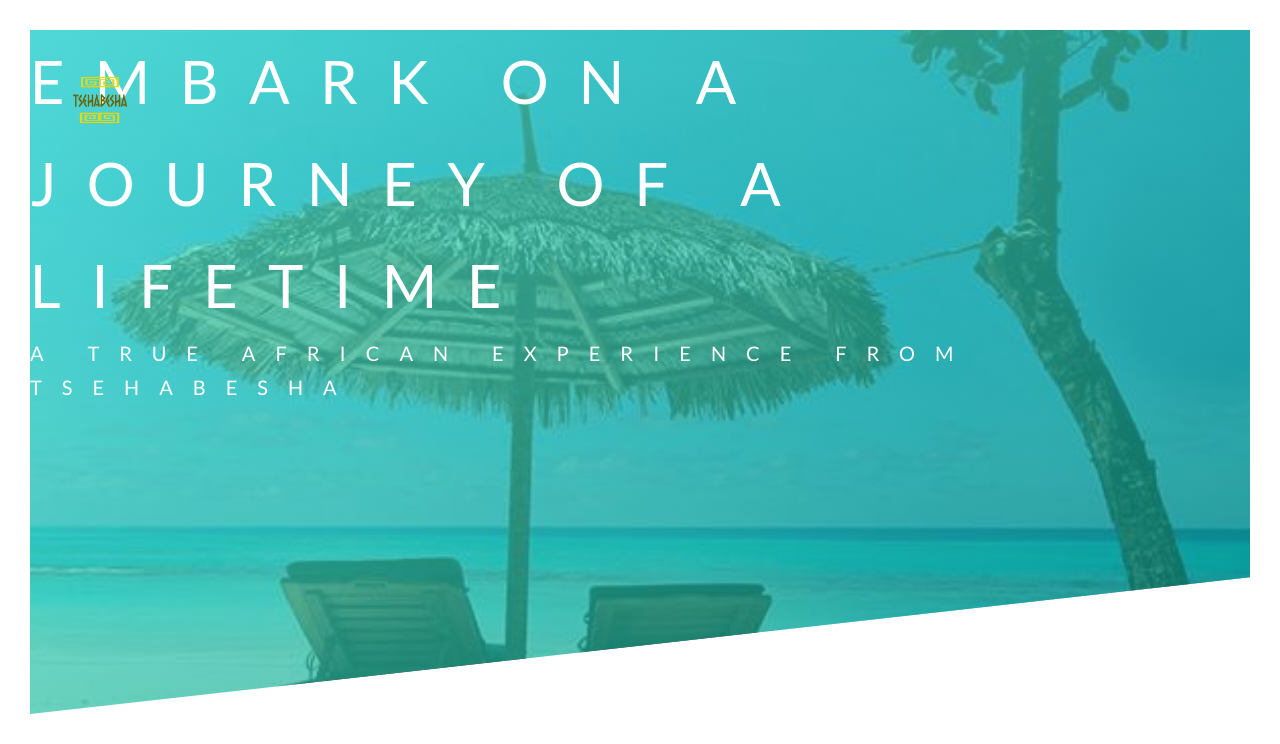
Repository: Azariagmt/tour-and-travel
Page: index.html
These files come from the project's save history. The page is drawn as it stood at one moment and after a run of saves; the edit follows.
The browser window is 1280 px wide. The pictures show the whole page.

Above is the page before, as saved 2020-03-24 17:00:31.

After the next 3 saves:
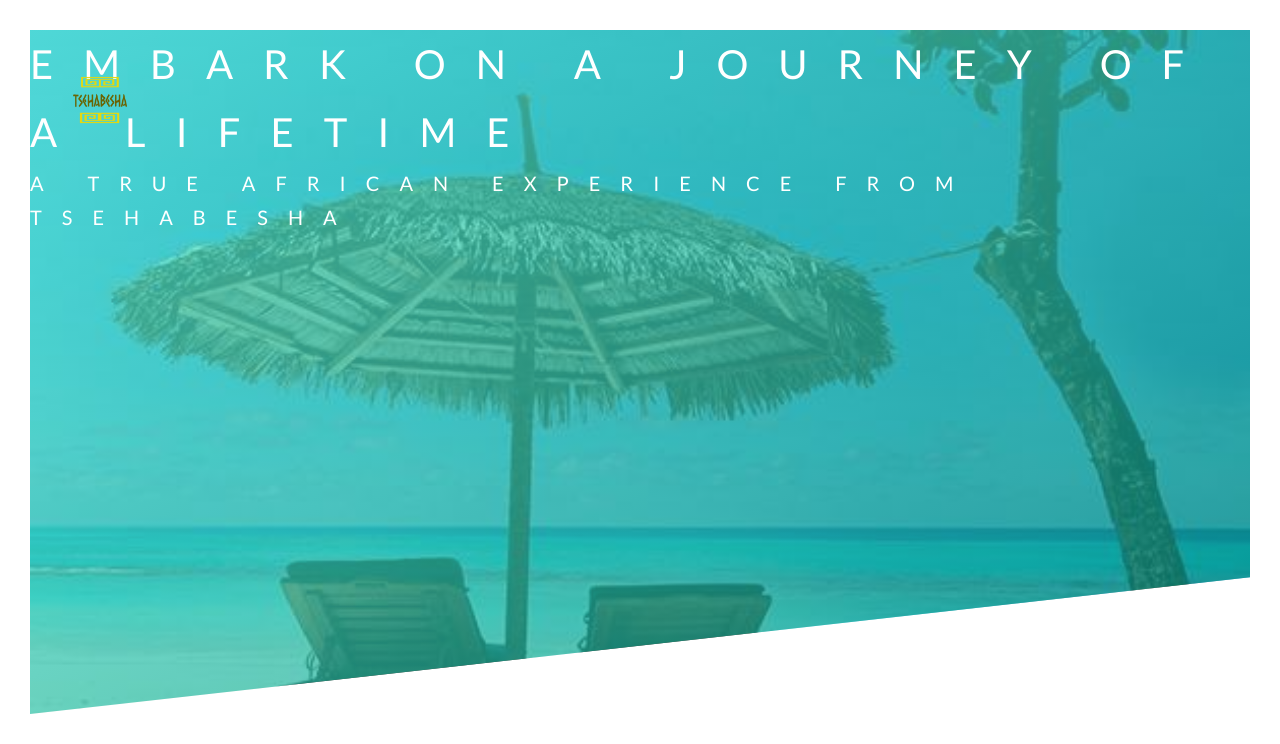
The 3 saves are shown as one change because they came seconds apart.
The last was saved 13 s later.
--- a/css/style.css
+++ b/css/style.css
@@ -40,8 +40,8 @@
 
 .heading-primary-main{
   display: block;
-  font-size: 60px;
-  font-weight: 200;
+  font-size: 40px;
+  font-weight: 400;
   letter-spacing: 30px;
 }
 
